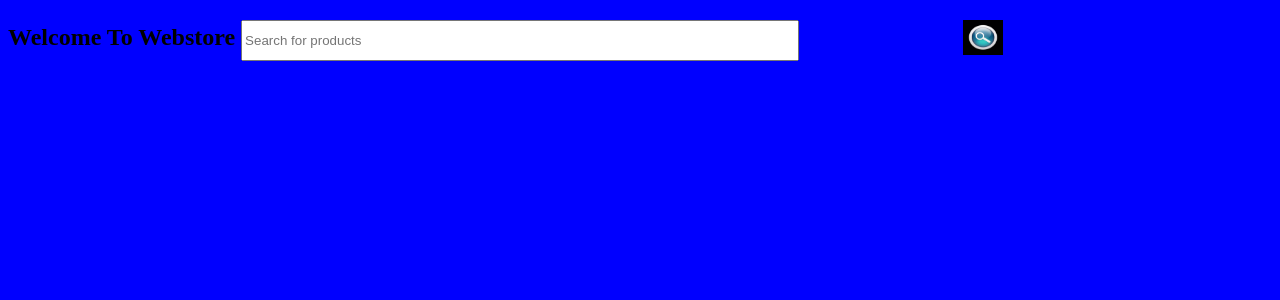
Repository: sourogithub/Final-yr-project-using-j2ee
Page: http://localhost/Webstore/JSP Pages/Front.jsp
An editor plug-in stored every save of this project. The page is shown before and after the next save, followed by the edit.
The browser window is 1280 px wide. The pictures show the whole page.
The page is served by Tomcat 9.

Above is the page before, as saved 2017-04-11 08:46:04.

After the next save:
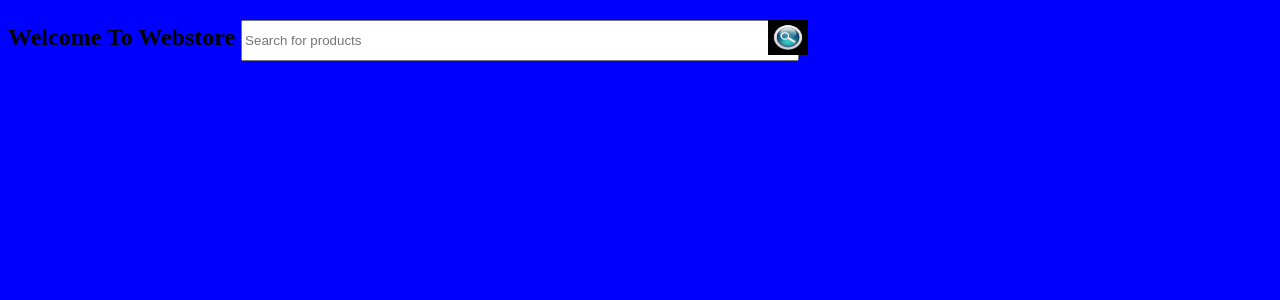
Saved 20 s later.
--- a/Webstore/WebContent/JSP Pages/Front.jsp
+++ b/Webstore/WebContent/JSP Pages/Front.jsp
@@ -10,7 +10,7 @@
 <div id="top"  style="background:blue; height:100px;position:absolute;top:0px;width:1000px">
 <h2 >Welcome To Webstore
 <input type="text" placeholder="Search for products" required style="border-width:2;width:550px;height:35px">
-<a><img src="../images/search-images-17.jpg" height="35px" width="40px" style="position:absolute;right:5px"></a>
+<a><img src="../images/search-images-17.jpg" height="35px" width="40px" style="position:absolute;right:200px"></a>
 </h2>
 </div>
 </body>
